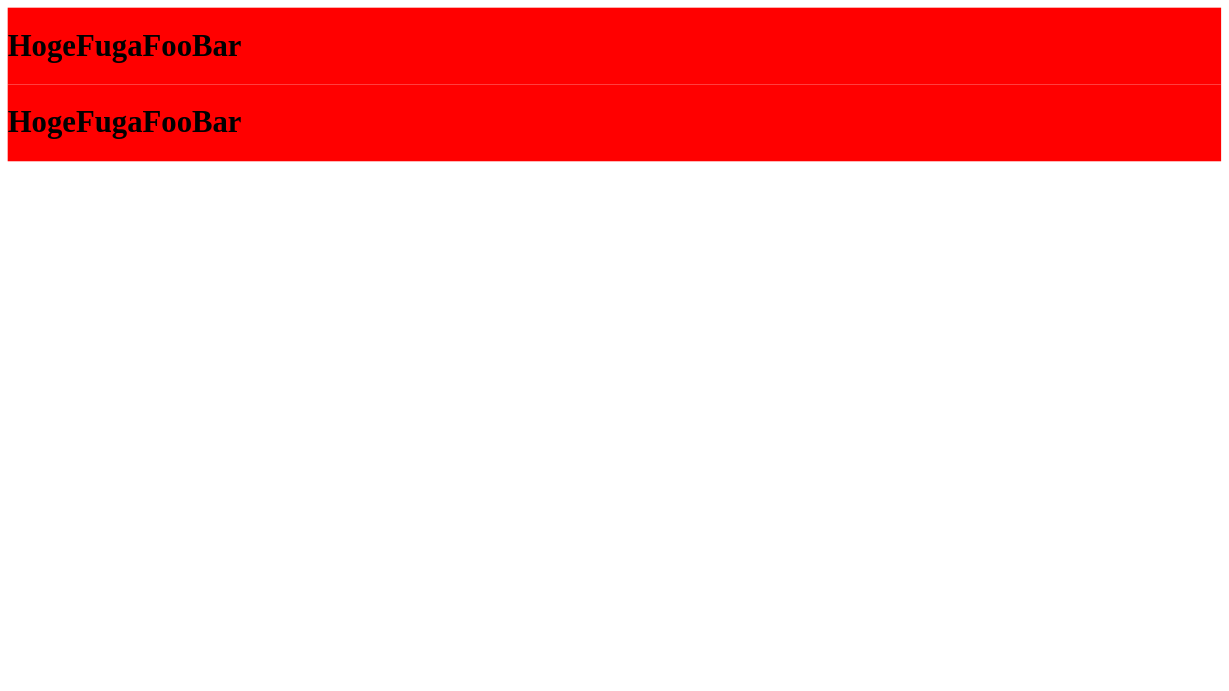
Repository: ag-fukuman/samurai_HTML-CSS
Page: about.html
The author's editor kept a record of every edit. The page is drawn from the files as they stood at one moment, then again after the next edit.
The browser window is 1280 px wide. The pictures show the whole page, at 96% of full size.

Above is the page before.

### about.html
<html lang="ja">
    <head>
        <style>
            .sort {
                display: flex;
                align-items: stretch;
                background-color: red;

            }
        </style>
    </head>
    <body>
        <div class="sort">
            <h1>Hoge</h1>
            <h1>Fuga</h1>
            <h1>Foo</h1>
            <h1>Bar</h1>
        </div>
        <div class="sort">
            <h1>Hoge</h1>
            <h1>Fuga</h1>
            <h1>Foo</h1>
            <h1>Bar</h1>
        </div>
    </body>
</html>

After the next edit:
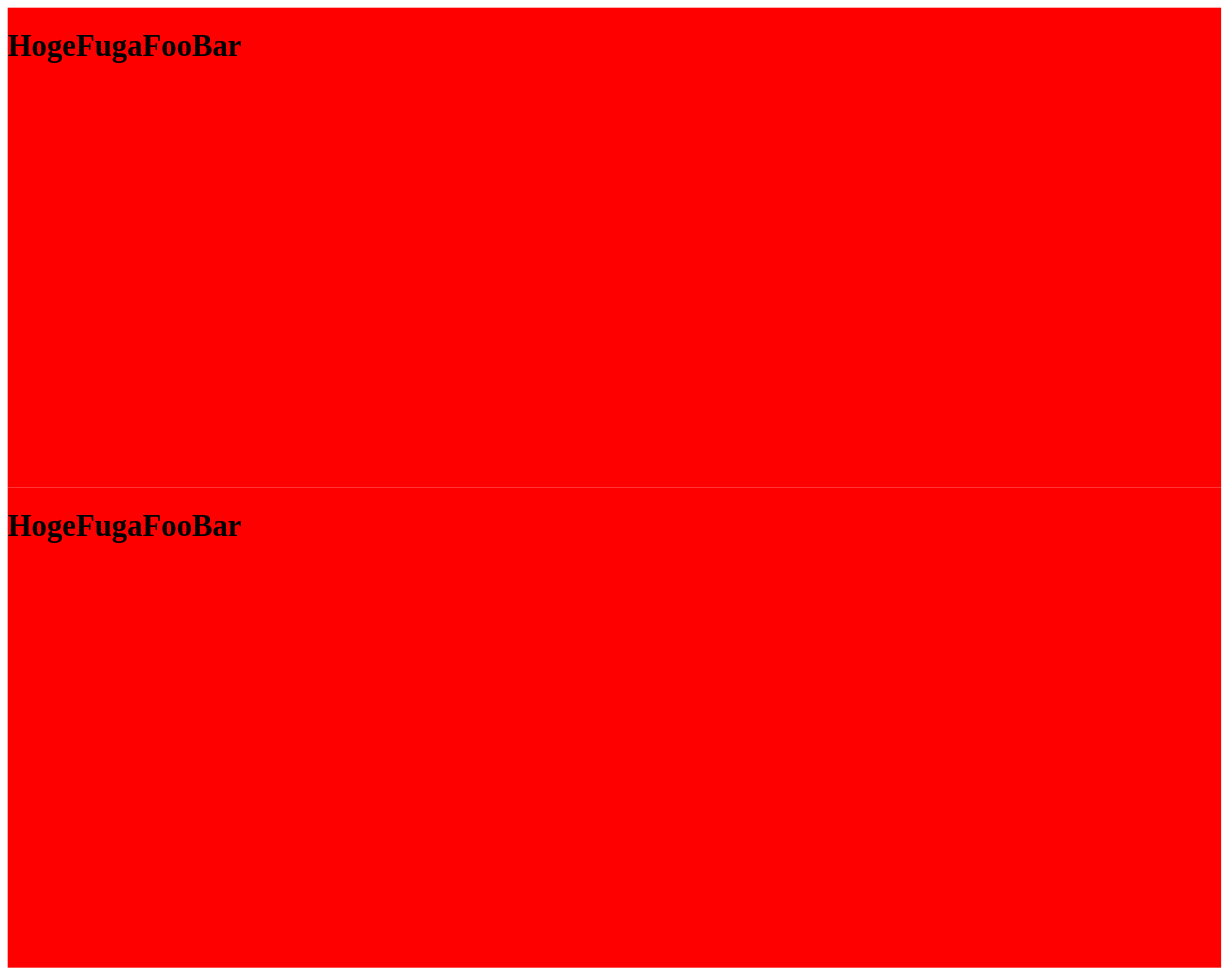
The edit:
--- a/about.html
+++ b/about.html
@@ -3,9 +3,9 @@
         <style>
             .sort {
                 display: flex;
-                align-items: stretch;
+                align-content: flex-start;
                 background-color: red;
-
+                height:500px;
             }
         </style>
     </head>
